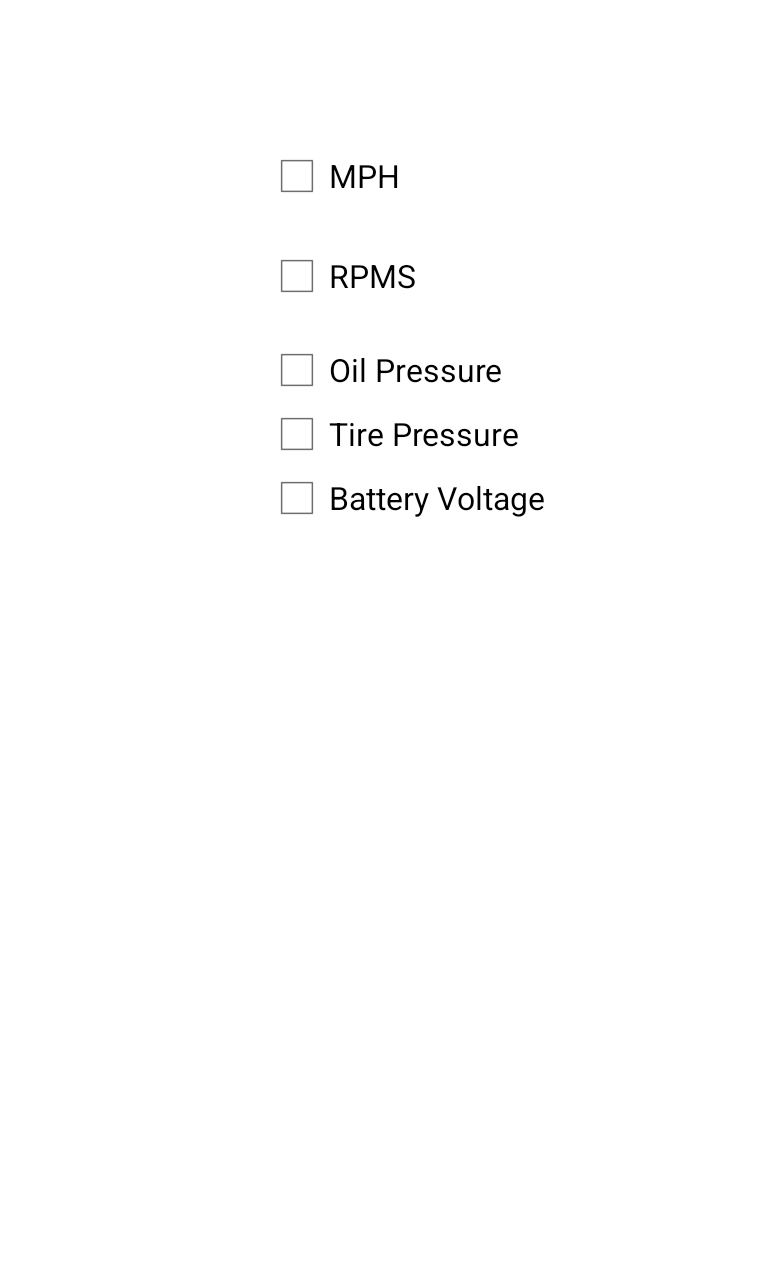
Repository: raul09/Overdrive
Layout: workspace/AutoPerformanceAnalyzer/res/layout/activity_run.xml
The author's editor kept a copy of each file at every save. The layout is drawn from the files as they stood at one save, then again after the next save.
It is drawn on a 768 x 1280 px phone screen (xhdpi) without system bars, with theme AppTheme; the app's code is not run.

Above is the layout before, as saved 2013-10-01 21:48:44.

After the next save:
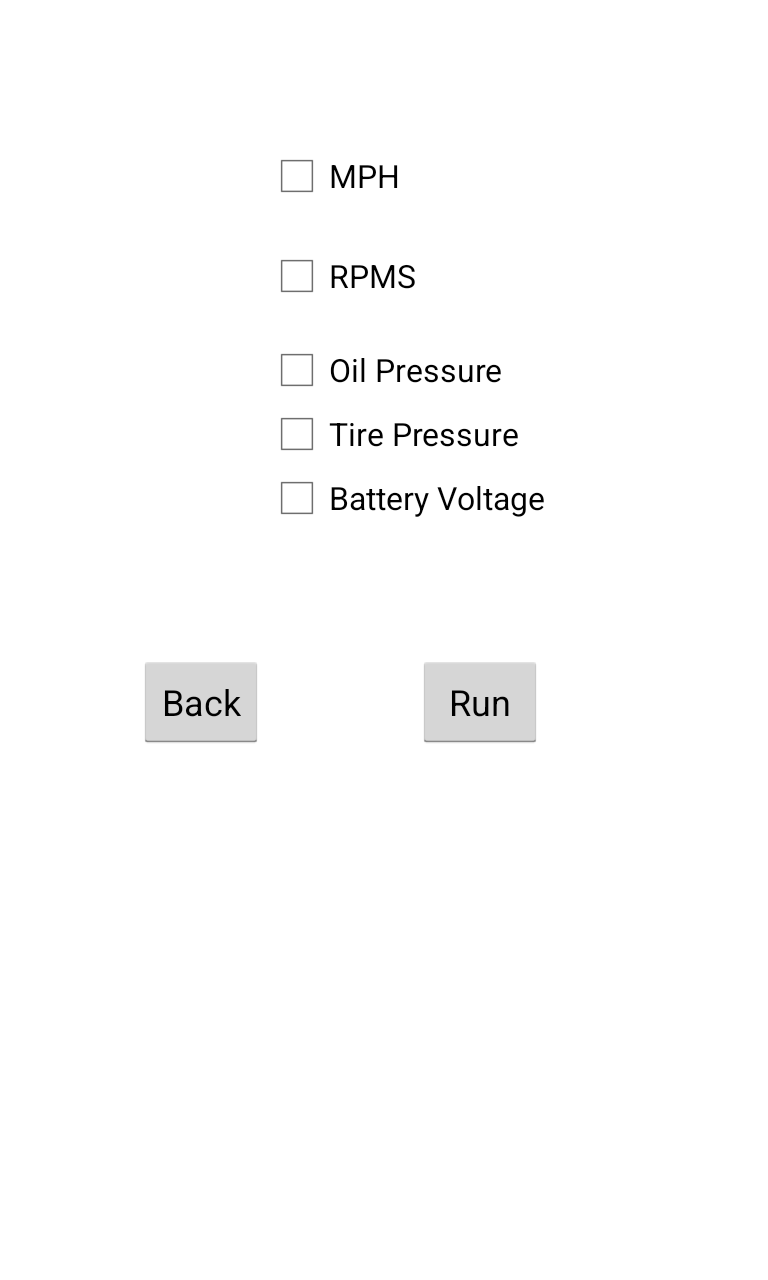
Saved 4 min 54 s later.
--- a/workspace/AutoPerformanceAnalyzer/res/layout/activity_run.xml
+++ b/workspace/AutoPerformanceAnalyzer/res/layout/activity_run.xml
@@ -51,4 +51,21 @@
         android:layout_below="@+id/oilPressure"
         android:text="@string/tirePressure" />
 
+    <Button
+        android:id="@+id/Back"
+        android:layout_width="wrap_content"
+        android:layout_height="wrap_content"
+        android:layout_below="@+id/voltage"
+        android:layout_marginTop="62dp"
+        android:layout_toLeftOf="@+id/voltage"
+        android:text="@string/Back"  />
+
+    <Button
+        android:id="@+id/Run"
+        android:layout_width="wrap_content"
+        android:layout_height="wrap_content"
+        android:layout_alignBottom="@+id/Back"
+        android:layout_toRightOf="@+id/rpms"
+        android:text="@string/Run"  />
+
 </RelativeLayout>
--- a/workspace/AutoPerformanceAnalyzer/res/values/strings.xml
+++ b/workspace/AutoPerformanceAnalyzer/res/values/strings.xml
@@ -10,6 +10,8 @@
     <string name="CheckErrors">Check Errors</string>
     <string name="rpms">RPMS</string>
     <string name="mph">MPH</string>
+    <string name="Back">Back</string>
+    <string name="Run">Run</string>
     <string name="voltage">Battery Voltage</string>
     <string name="tirePressure">Tire Pressure</string>
     <string name="oilPressure">Oil Pressure</string>
